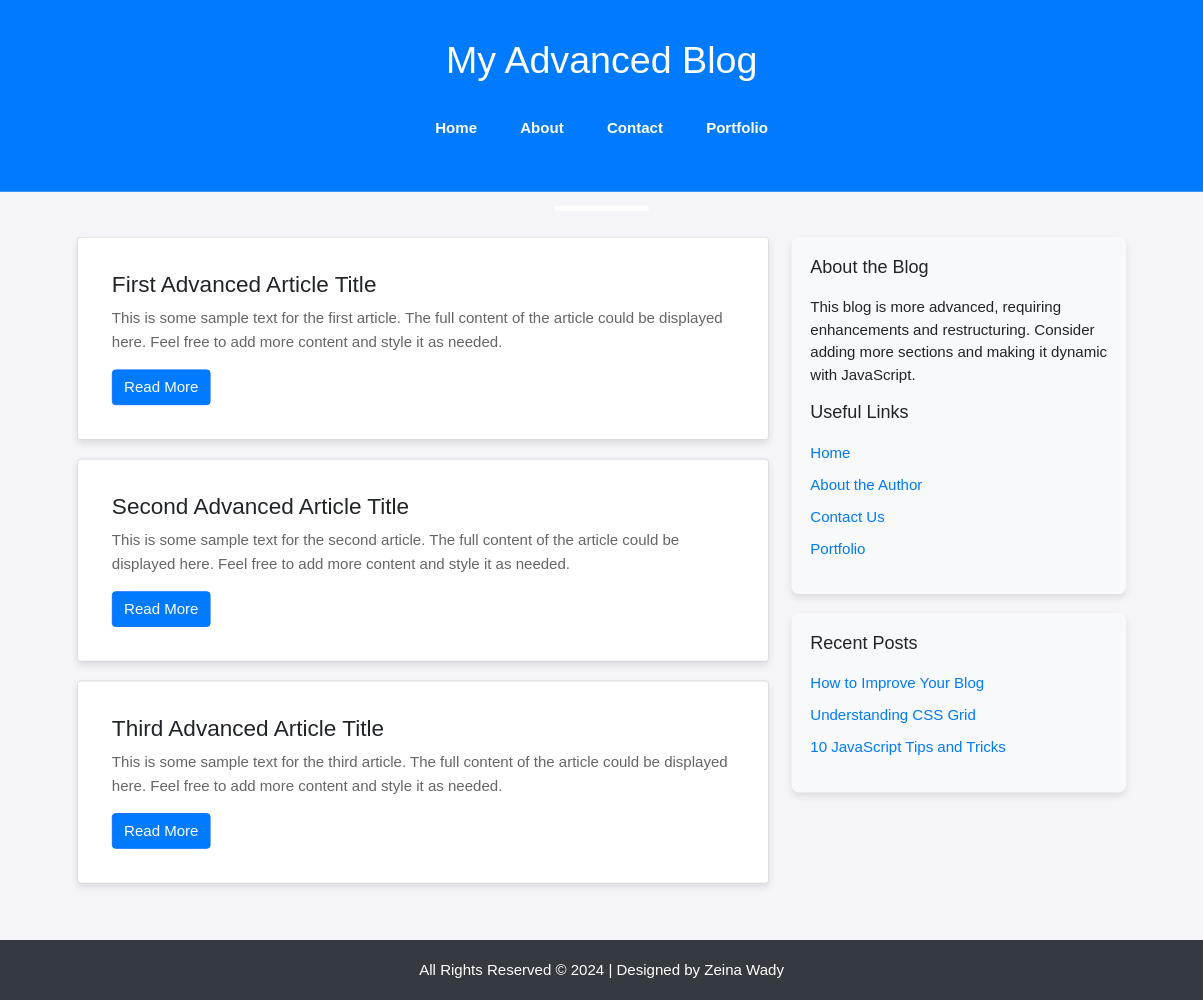
Repository: zeinawady/Blog-Code-Refactoring
Page: index.html
The author's editor kept a copy of each file at every save. The page is drawn from the files as they stood at one save, then again after the next save.
The browser window is 1280 px wide. The pictures show the whole page, at 94% of full size.

Above is the page before, as saved 2024-09-23 15:16:25.

### index.html
<!DOCTYPE html>
<html lang="en">
  <head>
    <meta charset="UTF-8" />
    <meta name="viewport" content="width=device-width, initial-scale=1.0" />
    <title>My Advanced Blog</title>

    <link
      href="https://cdn.jsdelivr.net/npm/bootstrap@5.1.3/dist/css/bootstrap.min.css"
      rel="stylesheet"
    />
    <link rel="stylesheet" href="style.css">
  </head>
  <body>
    <header>
      <h1 class="text-center text-white">My Advanced Blog</h1>
      <nav class="navbar navbar-expand-lg bg-body-tertiary">
        <div class="container">
          <button class="navbar-toggler ms-auto" type="button" data-bs-toggle="collapse" data-bs-target="#navbarNavAltMarkup" aria-controls="navbarNavAltMarkup" aria-expanded="false" aria-label="Toggle navigation">
            <span class="navbar-toggler-icon text-white">click</span>
          </button>
          <div class="collapse navbar-collapse justify-content-center" id="navbarNavAltMarkup">
            <div class="navbar-nav">
              <a class="nav-link active text-white" aria-current="page" href="#">Home</a>
              <a class="nav-link text-white" href="#">About</a>
              <a class="nav-link text-white" href="#">Contact</a>
              <a class="nav-link text-white" href="#">Portfolio</a>
            </div>
          </div>
        </div>
      </nav>

    </header>

    <div class="container mt-5">
      <div class="row">
        <div class="col-lg-8">

          <article class="card">
            <div class="card-body">
            <h2 class="card-title">First Advanced Article Title</h2>
            <p class="card-text">
              This is some sample text for the first article. The full content
              of the article could be displayed here. Feel free to add more
              content and style it as needed.
            </p>
            <button class="btn btn-primary">Read More</button>
         </div>
        </article>

        <article class="card">
          <div class="card-body">
          <h2 class="card-title">Second Advanced Article Title</h2>
          <p class="card-text">
            This is some sample text for the second article. The full content
            of the article could be displayed here. Feel free to add more
            content and style it as needed.
          </p>
          <button class="btn btn-primary">Read More</button>
       </div>
      </article>

      <article class="card">
        <div class="card-body">
        <h2 class="card-title">Third Advanced Article Title</h2>
        <p class="card-text">
          This is some sample text for the third article. The full content
          of the article could be displayed here. Feel free to add more
          content and style it as needed.
        </p>
        <button class="btn btn-primary">Read More</button>
     </div>
    </article>
        </div>

        <div class="col-md-4">
          <aside>
            <h3>About the Blog</h3>
            <p>
              This blog is more advanced, requiring enhancements and
              restructuring. Consider adding more sections and making it dynamic
              with JavaScript.
            </p>
            <h3>Useful Links</h3>
            <ul>
              <li><a href="#">Home</a></li>
              <li><a href="#">About the Author</a></li>
              <li><a href="#">Contact Us</a></li>
              <li><a href="#">Portfolio</a></li>
            </ul>
          </aside>
          <aside>
            <h3>Recent Posts</h3>
            <ul>
              <li><a href="#">How to Improve Your Blog</a></li>
              <li><a href="#">Understanding CSS Grid</a></li>
              <li><a href="#">10 JavaScript Tips and Tricks</a></li>
            </ul>
          </aside>
        </div>
      </div>
    </div>

    <footer>
      <p class="text-white text-center m-0">All Rights Reserved © 2024 | Designed by Zeina Wady</p>
    </footer>

    <script src="https://cdn.jsdelivr.net/npm/bootstrap@5.1.3/dist/js/bootstrap.bundle.min.js"></script>
  </body>
</html>

### style.css
body {
    font-family: Arial, sans-serif;
    background-color: #f4f4f9;
  }

  :root{
    --main-color:#007bff;
  }
  a{
    text-decoration: none;
  }
  header {
    background-color: var(--main-color);
    padding: 40px 0;
    position: relative;
  }
  header::after {
    content: "";
    position: absolute;
    bottom: -20px;
    left: 50%;
    transform: translateX(-50%);
    width: 100px;
    height: 5px;
    background-color:white;
  }
  .navbar {
    display: flex;
    justify-content: center;
    margin-top: 20px;
  }
  nav a {
    /* color: white; */
    margin: 0 15px;
    font-weight: bold;
    transition: 0.3s;
  }
  nav a:hover {
    text-decoration: underline;
  }
  article {
    border: 1px solid #ddd;
    margin-bottom: 20px;
    padding: 20px;
    background-color: white;
    box-shadow: 0 4px 8px rgba(0, 0, 0, 0.1);
    transition: transform 0.3s ease, box-shadow 0.3s ease;
  }
  article:hover {
    transform: translateY(-5px);
    box-shadow: 0 8px 16px rgba(0, 0, 0, 0.2);
  }
  article h2 {
    font-size: 1.5rem;
    /* margin-bottom: 15px; */
  }
  article p {
    color: #666;
    line-height: 1.6;
  }
  article .btn-primary {
    background-color:var(--main-color);
    /* border: none; */
  }
  /* article .btn-primary:hover {
    background-color: #0056b3;
  } */
  aside {
    background-color: #f8f9fa;
    padding: 20px;
    border-radius: 8px;
    box-shadow: 0 4px 8px rgba(0, 0, 0, 0.1);
    margin-bottom: 20px;
  }
  aside h3 {
    margin-bottom: 20px;
    font-size: 1.2rem;
  }
  aside ul {
    list-style-type: none;
    padding-left: 0;
  }
  aside ul li {
    margin-bottom: 10px;
  }
  aside ul li a {
    color: var(--main-color);
  }
  aside ul li a:hover {
    text-decoration: underline;
  }
  footer {
    background-color: #343a40;
    padding: 20px;
    margin-top: 40px;
  }

After the next save:
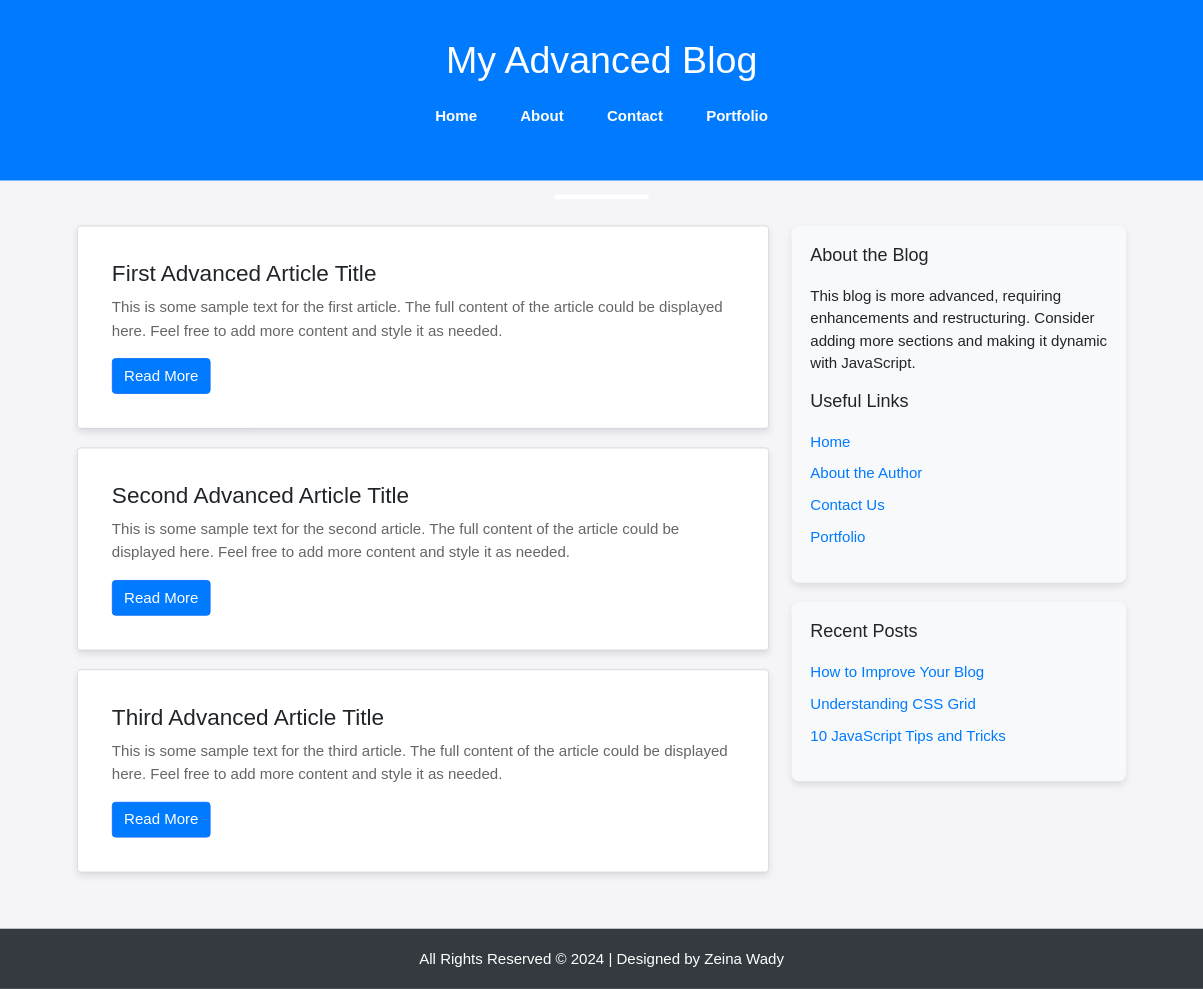
Saved 33 s later.
--- a/style.css
+++ b/style.css
@@ -24,11 +24,11 @@ body {
     height: 5px;
     background-color:white;
   }
-  .navbar {
+  /* .navbar {
     display: flex;
     justify-content: center;
     margin-top: 20px;
-  }
+  } */
   nav a {
     /* color: white; */
     margin: 0 15px;
